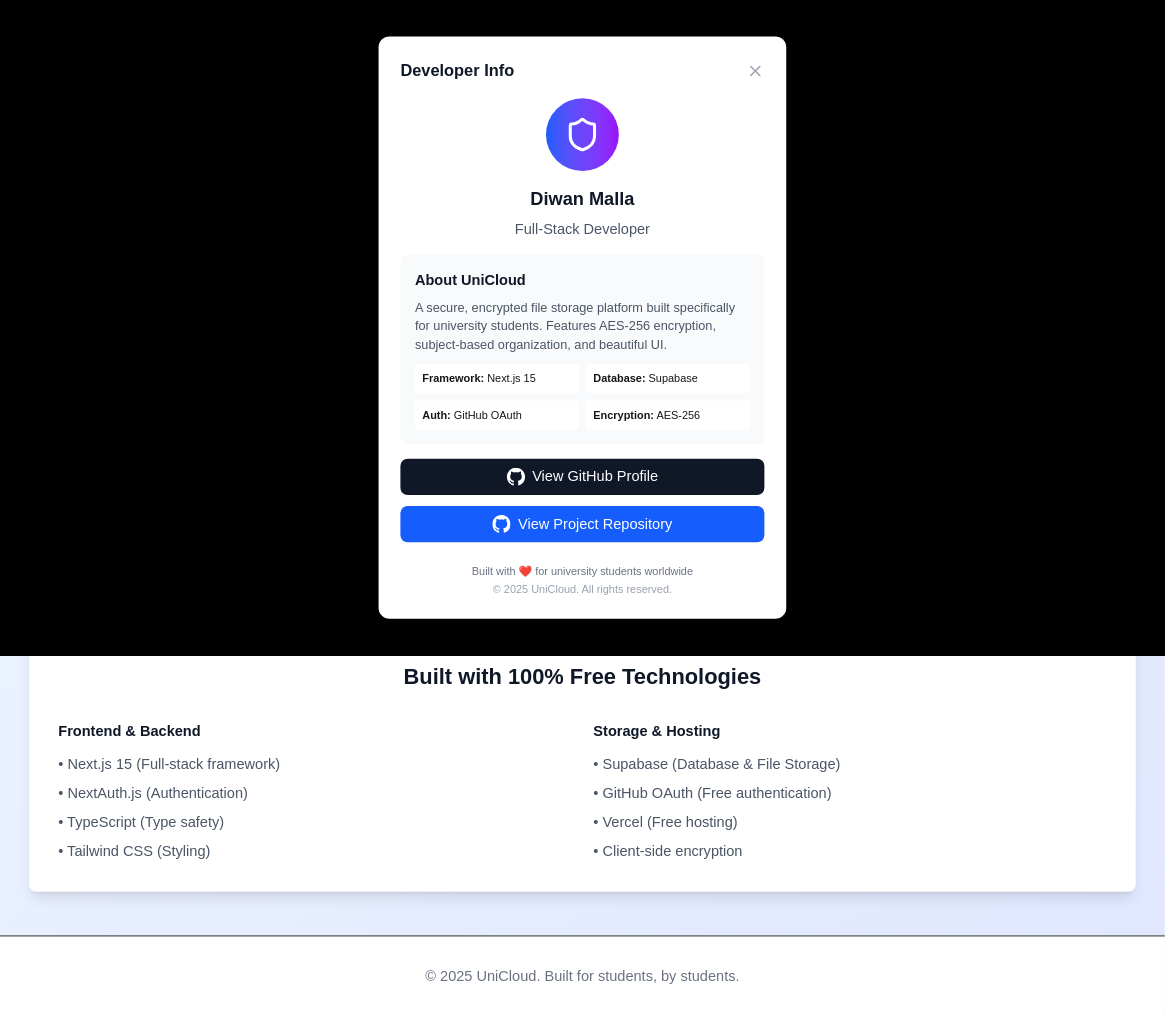
Repository: DiwanMalla/UniCloud
Page: /, after clicking the first element matching `button.flex`
These files come from the project's save history. The page is drawn as it stood at one moment and after the next save; the edit follows.
The browser window is 1280 px wide. The pictures show the whole page, at 91% of full size.
The page's requests for data from a server got no answer. The project was rebuilt for these pictures with package versions that can differ from the ones it lists, and the page was loaded fresh each time. The framework's server and built-in components were replaced by stand-ins that run in the browser. No one was signed in, and anything a server would have sent is missing. Also part of the build but not shown: next.config.ts.

Above is the page before, as saved 2025-08-31 16:04:00.

After the next save:
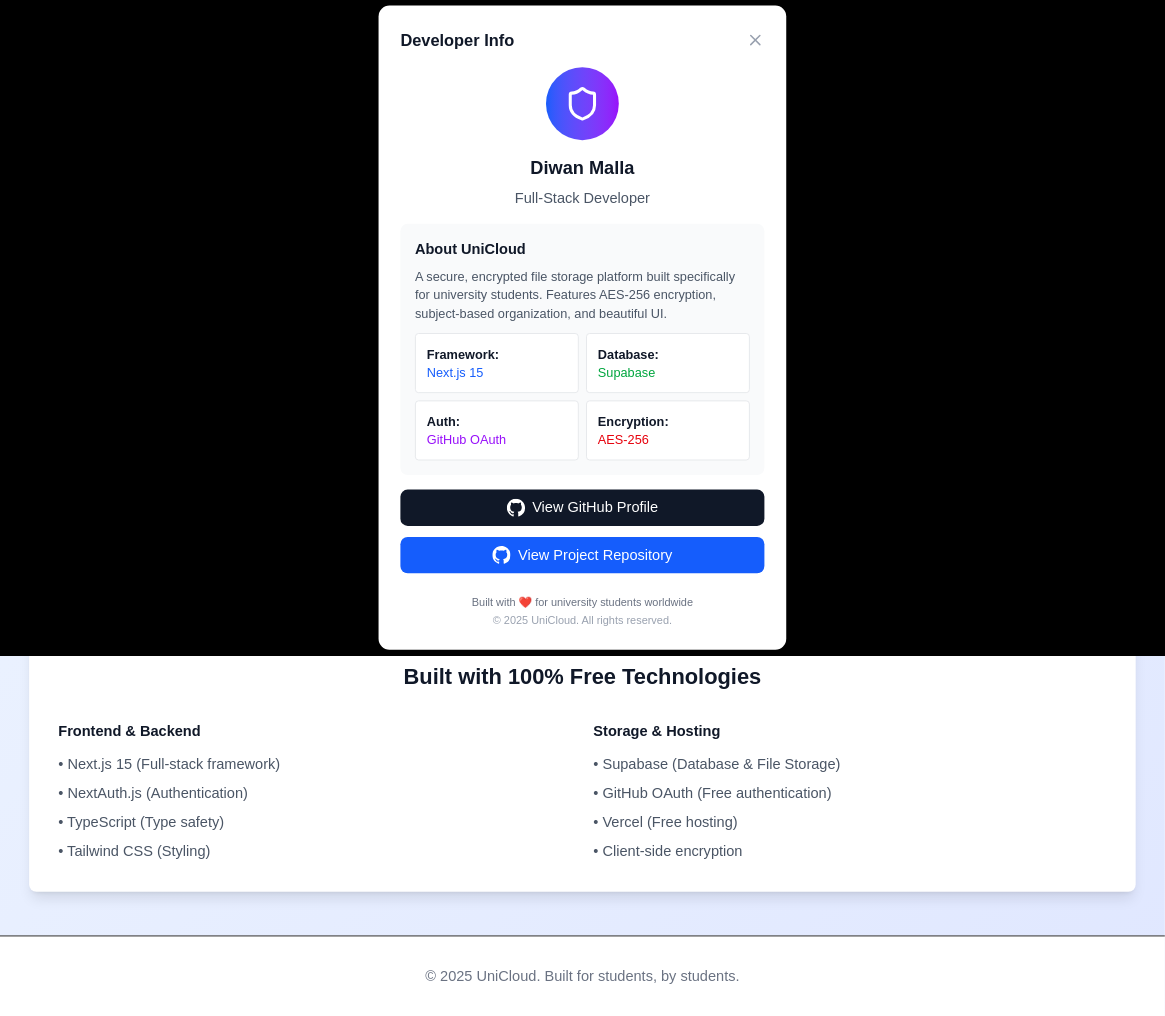
Saved 13 s later.
--- a/src/app/page.tsx
+++ b/src/app/page.tsx
@@ -204,18 +204,22 @@
                   for university students. Features AES-256 encryption,
                   subject-based organization, and beautiful UI.
                 </p>
-                <div className="grid grid-cols-2 gap-2 text-xs">
-                  <div className="bg-white rounded p-2">
-                    <strong>Framework:</strong> Next.js 15
-                  </div>
-                  <div className="bg-white rounded p-2">
-                    <strong>Database:</strong> Supabase
-                  </div>
-                  <div className="bg-white rounded p-2">
-                    <strong>Auth:</strong> GitHub OAuth
-                  </div>
-                  <div className="bg-white rounded p-2">
-                    <strong>Encryption:</strong> AES-256
+                <div className="grid grid-cols-2 gap-2 text-sm">
+                  <div className="bg-white rounded p-3 border border-gray-200">
+                    <div className="font-semibold text-gray-900">Framework:</div>
+                    <div className="text-blue-600 font-medium">Next.js 15</div>
+                  </div>
+                  <div className="bg-white rounded p-3 border border-gray-200">
+                    <div className="font-semibold text-gray-900">Database:</div>
+                    <div className="text-green-600 font-medium">Supabase</div>
+                  </div>
+                  <div className="bg-white rounded p-3 border border-gray-200">
+                    <div className="font-semibold text-gray-900">Auth:</div>
+                    <div className="text-purple-600 font-medium">GitHub OAuth</div>
+                  </div>
+                  <div className="bg-white rounded p-3 border border-gray-200">
+                    <div className="font-semibold text-gray-900">Encryption:</div>
+                    <div className="text-red-600 font-medium">AES-256</div>
                   </div>
                 </div>
               </div>
